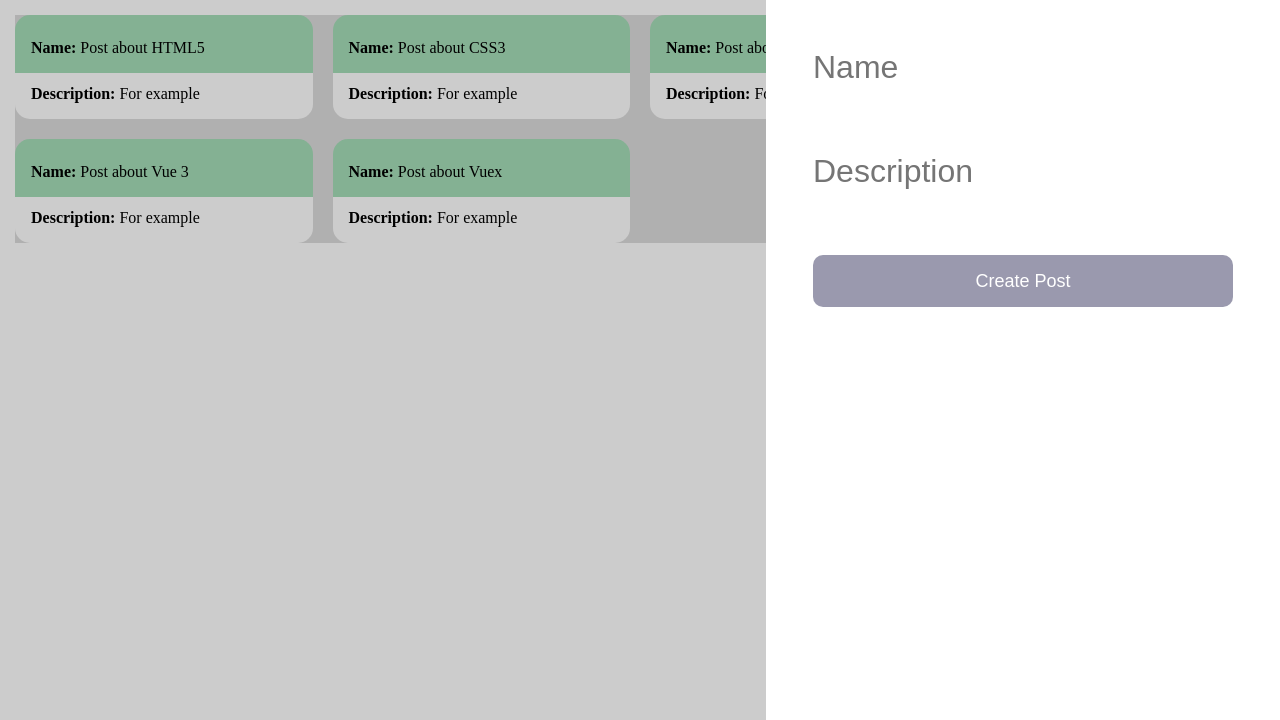
Repository: Axeliriya/vue-todo
Page: /
An editor plug-in stored every save of this project. The page is shown before and after the next save, followed by the edit.
The browser window is 1280 px wide. The pictures show the whole page.
The project was rebuilt for these pictures with package versions that can differ from the ones it lists, and the page was loaded fresh each time. Also part of the build but not shown: vue.config.js.

Above is the page before, as saved 2022-04-01 17:33:53.

### public/index.html
<!DOCTYPE html>
<html lang="">
  <head>
    <meta charset="utf-8">
    <meta name="viewport" content="width=device-width,initial-scale=1.0">
    <link rel="icon" href="<%= BASE_URL %>favicon.ico">
    <title>Todo</title>
  </head>
  <body>
    <div id="app"></div>
  </body>
</html>

### src/App.vue
<template>
  <div class="app">
    <div class="overlay">
      <div class="modal">
        <form class="form">
          <input class="input" type="text" placeholder="Name" />
          <input class="input" type="text" placeholder="Description" />
          <div class="button__wrapper">
            <button class="button">Create Post</button>
          </div>
        </form>
      </div>
    </div>
    <ul class="posts">
      <li class="post" v-for="post in posts">
        <div class="post__name"><strong>Name: </strong>{{ post.title }}</div>
        <div class="post__description">
          <strong>Description: </strong>{{ post.body }}
        </div>
      </li>
    </ul>
  </div>
</template>

<script>
export default {
  data() {
    return {
      posts: [
        { id: Date.now(), title: 'Post about HTML5', body: 'For example' },
        { id: Date.now() + 1, title: 'Post about CSS3', body: 'For example' },
        { id: Date.now() + 2, title: 'Post about React', body: 'For example' },
        { id: Date.now() + 3, title: 'Post about Redux', body: 'For example' },
        { id: Date.now() + 4, title: 'Post about Vue 3', body: 'For example' },
        { id: Date.now() + 5, title: 'Post about Vuex', body: 'For example' },
      ],
    };
  },
  methods: {},
};
</script>

<style>
* {
  margin: 0;
  padding: 0;
  box-sizing: border-box;
}

ul {
  list-style-type: none;
}

img {
  display: block;
  width: 100%;
  height: auto;
}

.app {
  padding: 15px;
}

.overlay {
  position: fixed;
  top: 0;
  left: 0;
  width: 100%;
  height: 100vh;
  background-color: rgb(0, 0, 0, 0.2);
  display: flex;
  justify-content: end;
}

.modal {
  padding: 15px;
  background-color: #fff;
}

.form {
  display: grid;
  grid-template-columns: 1fr;
}

.input {
  background-color: transparent;
  border: none;
  padding: 32px;
  font-weight: 400;
  font-size: 32px;
  line-height: 40px;
}

.button__wrapper {
  padding: 32px;
}

.button {
  width: 100%;
  border: none;
  background: rgb(3, 2, 53, 0.4);
  border-radius: 10px;
  padding: 16px;
  color: #ffffff;
  font-weight: 500;
  font-size: 18px;
  line-height: 20px;
  cursor: pointer;
}

.button:hover {
  background: rgb(3, 2, 53, 0.5);
}

.posts {
  display: grid;
  grid-template-columns: repeat(4, 1fr);
  gap: 20px;
  background-color: gainsboro;
}

.post {
  border-radius: 15px;
}

.post__name {
  padding: 24px 16px 16px 16px;
  border-radius: 15px 15px 0 0;
  background-color: #a5ddb8;
}

.post__description {
  padding: 12px 16px 16px 16px;
  border-radius: 0 0 15px 15px;
  background-color: #ffffff;
}
</style>

Loaded but not shown: src/main.js (common file)

After the next save:
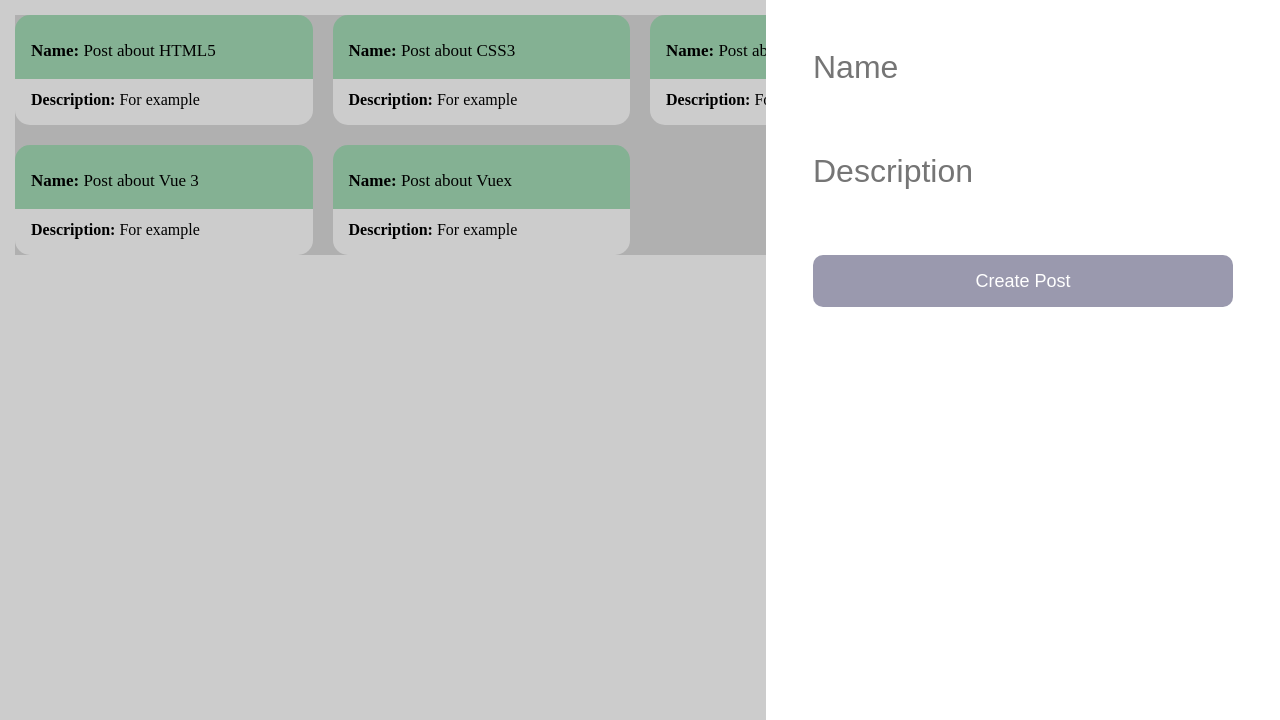
Saved 6 min 51 s later.
--- a/src/App.vue
+++ b/src/App.vue
@@ -127,6 +127,9 @@ img {
   padding: 24px 16px 16px 16px;
   border-radius: 15px 15px 0 0;
   background-color: #a5ddb8;
+  font-weight: 500;
+  font-size: 17px;
+  line-height: 24px;
 }
 
 .post__description {
